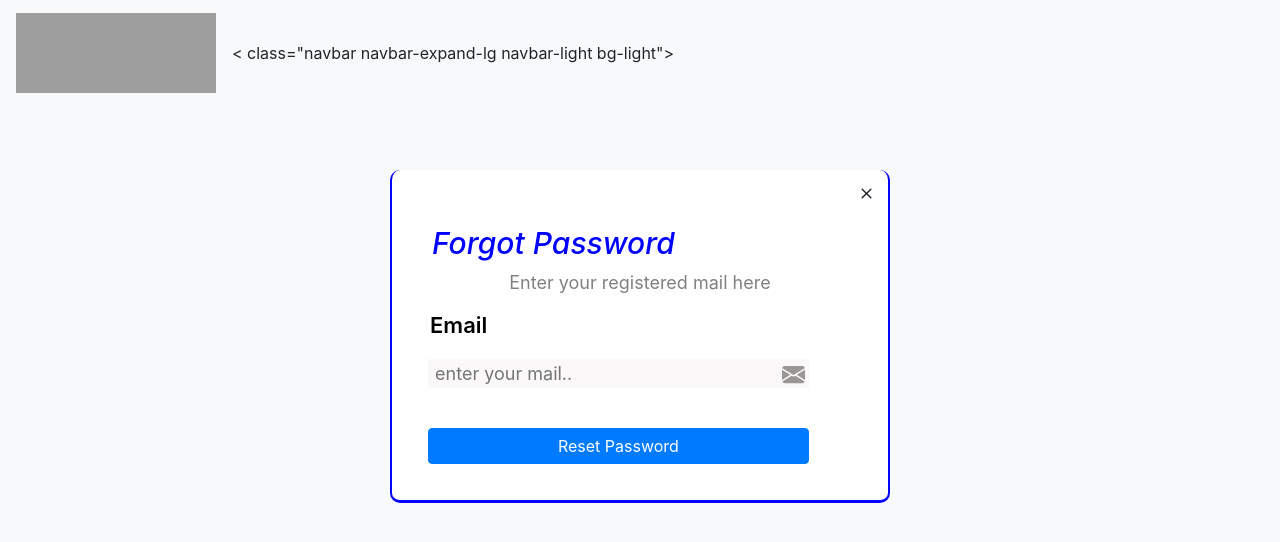
Repository: siri548/Karyakartha
Page: forgotPage.html
An editor plug-in stored every save of this project. The page is shown before and after the next save, followed by the edit.
The browser window is 1280 px wide. The pictures show the whole page.
Pictures or frames that could not be fetched are drawn as grey boxes.

Above is the page before, as saved 2023-11-05 10:00:49.
Console error (its wording comes from the project's code and is left out).

After the next save:
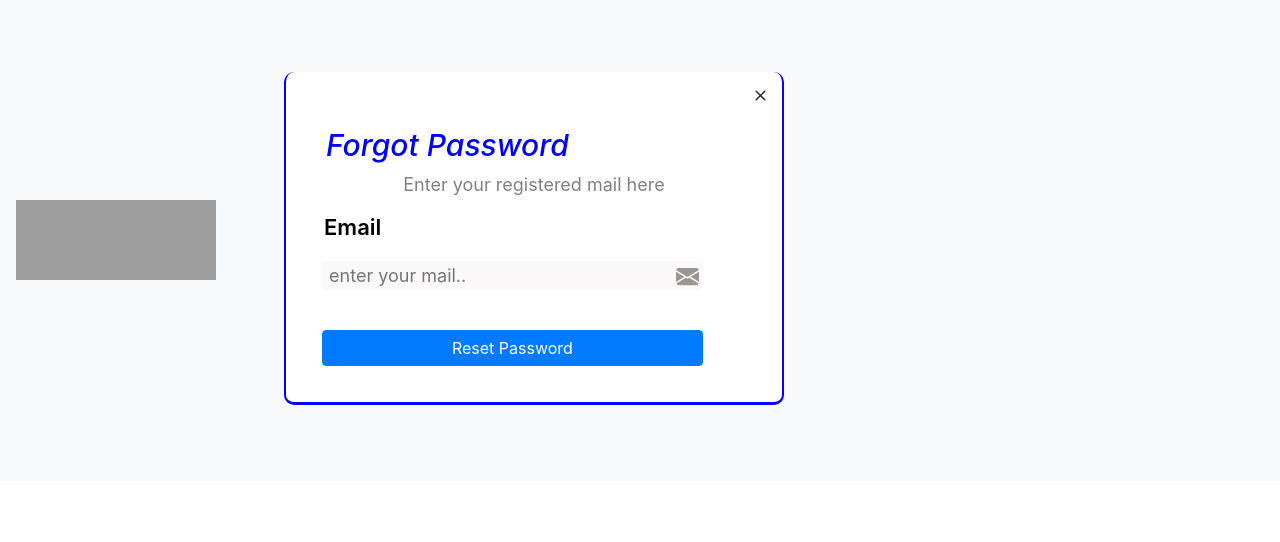
Saved 5 s later.
--- a/forgotPage.html
+++ b/forgotPage.html
@@ -30,7 +30,7 @@
                     </svg>
                 </a>
             </div>
-            < class="navbar navbar-expand-lg navbar-light bg-light"> <button class=" navbar-toggler text-right " type="button " data-toggle="collapse " data-target="#navbarNavAltMarkup " aria-controls="navbarNavAltMarkup " aria-expanded="false " aria-label="Toggle navigation ">
+            <nav class="navbar navbar-expand-lg navbar-light bg-light"> <button class=" navbar-toggler text-right " type="button " data-toggle="collapse " data-target="#navbarNavAltMarkup " aria-controls="navbarNavAltMarkup " aria-expanded="false " aria-label="Toggle navigation ">
             <span class="navbar-toggler-icon ">
             <div    class = "line"></div>
             <div    class = "line">
@@ -43,73 +43,73 @@
                     <div class="navbar-nav ml-auto">
                     </div>
                 </div>
-        </nav>
+            </nav>
 
-        <div class="bg-light d-flex justify-content-center mt-5 mb-6 pb-5">
-            <div class=" forgotPage-card shadow-none d-none d-md-block mt-3 mb-6 ">
-                <div class="text-right ">
-                    <svg xmlns="http://www.w3.org/2000/svg " width="23 " height="23 " fill="currentColor " class="bi bi-x " viewBox="0 0 16 16 ">
+            <div class="bg-light d-flex justify-content-center mt-5 mb-6 pb-5">
+                <div class=" forgotPage-card shadow-none d-none d-md-block mt-3 mb-6 ">
+                    <div class="text-right ">
+                        <svg xmlns="http://www.w3.org/2000/svg " width="23 " height="23 " fill="currentColor " class="bi bi-x " viewBox="0 0 16 16 ">
                         <path d="M4.646 4.646a.5.5 0 0 1 .708 0L8 7.293l2.646-2.647a.5.5 0 0 1 .708.708L8.707 8l2.647 2.646a.5.5 0 0 1-.708.708L8 8.707l-2.646 2.647a.5.5 0 0 1-.708-.708L7.293 8 4.646 5.354a.5.5 0 0 1 0-.708z " />
                     </svg>
 
-                </div>
+                    </div>
 
-                <h1 class="forgotHeading text-left ">Forgot Password</h1>
-                <div class="text-center ">
-                    <p class="forgotPage-para ">Enter your registered mail here</p>
-                </div>
-                <div>
-                    <h1 class="forgotPage-emailHeading ">Email</h1>
-                </div>
-                <div class="forgotContainer ">
-                    <div class="forgotPage-inputContainer ">
-                        <input type="text " placeholder=" enter your mail.. " class="forgotPage-input " id="emailInput ">
-                        <svg xmlns="http://www.w3.org/2000/svg " width="23 " height="23 " fill="currentColor " class="bi bi-envelope-fill forgotPage-envelopeIcon text-end " viewBox="0 0 16 16 ">
+                    <h1 class="forgotHeading text-left ">Forgot Password</h1>
+                    <div class="text-center ">
+                        <p class="forgotPage-para ">Enter your registered mail here</p>
+                    </div>
+                    <div>
+                        <h1 class="forgotPage-emailHeading ">Email</h1>
+                    </div>
+                    <div class="forgotContainer ">
+                        <div class="forgotPage-inputContainer ">
+                            <input type="text " placeholder=" enter your mail.. " class="forgotPage-input " id="emailInput ">
+                            <svg xmlns="http://www.w3.org/2000/svg " width="23 " height="23 " fill="currentColor " class="bi bi-envelope-fill forgotPage-envelopeIcon text-end " viewBox="0 0 16 16 ">
                             <path d="M.05 3.555A2 2 0 0 1 2 2h12a2 2 0 0 1 1.95 1.555L8 8.414.05 3.555ZM0 4.697v7.104l5.803-3.558L0 4.697ZM6.761 8.83l-6.57 4.027A2 2 0 0 0 2 14h12a2 2 0 0 0 1.808-1.144l-6.57-4.027L8 9.586l-1.239-.757Zm3.436-.586L16
             11.801V4.697l-5.803 3.546Z " />
                         </svg>
+                        </div>
+
+                        <button class=" btn btn-primary forgotPage-resetButton ">Reset Password</button>
+
                     </div>
-
-                    <button class=" btn btn-primary forgotPage-resetButton ">Reset Password</button>
 
                 </div>
 
-            </div>
-
-            <div class="forgotPage-cardsmallDevices shadow d-md-none d-block bg-light ">
-                <div class="text-right ">
-                    <svg xmlns="http://www.w3.org/2000/svg " width="23 " height="23 " fill=" currentColor " class="bi bi-x " viewBox="0 0 16 16 ">
+                <div class="forgotPage-cardsmallDevices shadow d-md-none d-block bg-light ">
+                    <div class="text-right ">
+                        <svg xmlns="http://www.w3.org/2000/svg " width="23 " height="23 " fill=" currentColor " class="bi bi-x " viewBox="0 0 16 16 ">
                         <path d="M4.646 4.646a.5.5 0 0 1 .708 0L8 7.293l2.646-2.647a.5.5 0 0 1 .708.708L8.707 8l2.647 2.646a.5.5 0 0 1-.708.708L8 8.707l-2.646 2.647a.5.5 0 0 1-.708-.708L7.293 8 4.646 5.354a.5.5 0 0 1 0-.708z " />
                     </svg>
 
-                </div>
+                    </div>
 
-                <h1 class="forgotPageHeadingSmallDevice "> Forgot Password</h1>
-                <div class=" text-center ">
-                    <p class="forgotPage-para " style="font-size:15px; ">Enter your registered mail here</p>
-                </div>
-                <div class="forgotContainer ">
-                    <h1 class="forgotPage-emailHeadingSmall text-left ">Email</h1>
+                    <h1 class="forgotPageHeadingSmallDevice "> Forgot Password</h1>
+                    <div class=" text-center ">
+                        <p class="forgotPage-para " style="font-size:15px; ">Enter your registered mail here</p>
+                    </div>
+                    <div class="forgotContainer ">
+                        <h1 class="forgotPage-emailHeadingSmall text-left ">Email</h1>
 
 
-                    <div class="forgotPage-inputContainer ">
-                        <input type="text " placeholder=" enter your mail.. " class="forgotPage-input " id="emailInput1 " style="font-size:14px; ">
+                        <div class="forgotPage-inputContainer ">
+                            <input type="text " placeholder=" enter your mail.. " class="forgotPage-input " id="emailInput1 " style="font-size:14px; ">
 
-                        <svg xmlns="http://www.w3.org/2000/svg " width="16 " height="16 " fill="currentColor " class="bi bi-envelope-fill forgotPage-envelopeIcon text-end " viewBox="0 0 16 16 ">
+                            <svg xmlns="http://www.w3.org/2000/svg " width="16 " height="16 " fill="currentColor " class="bi bi-envelope-fill forgotPage-envelopeIcon text-end " viewBox="0 0 16 16 ">
                             <path d="M.05 3.555A2 2 0 0 1 2 2h12a2 2 0 0 1 1.95 1.555L8 8.414.05 3.555ZM0 4.697v7.104l5.803-3.558L0 4.697ZM6.761 8.83l-6.57 4.027A2 2 0 0 0 2 14h12a2 2 0 0 0 1.808-1.144l-6.57-4.027L8 9.586l-1.239-.757Zm3.436-.586L16
             11.801V4.697l-5.803 3.546Z " />
                         </svg>
+                        </div>
+
+                        <button class=" btn btn-primary forgotPage-resetButtonSmall ">Reset Password</button>
                     </div>
-
-                    <button class=" btn btn-primary forgotPage-resetButtonSmall ">Reset Password</button>
                 </div>
             </div>
-        </div>
 
 
-        <div class="d-flex justify-content-center d-block d-md-none ">
-            <hr class="hrline ">
-        </div>
+            <div class="d-flex justify-content-center d-block d-md-none ">
+                <hr class="hrline ">
+            </div>
     </div>
 </body>
 

After the 2 saves that followed:
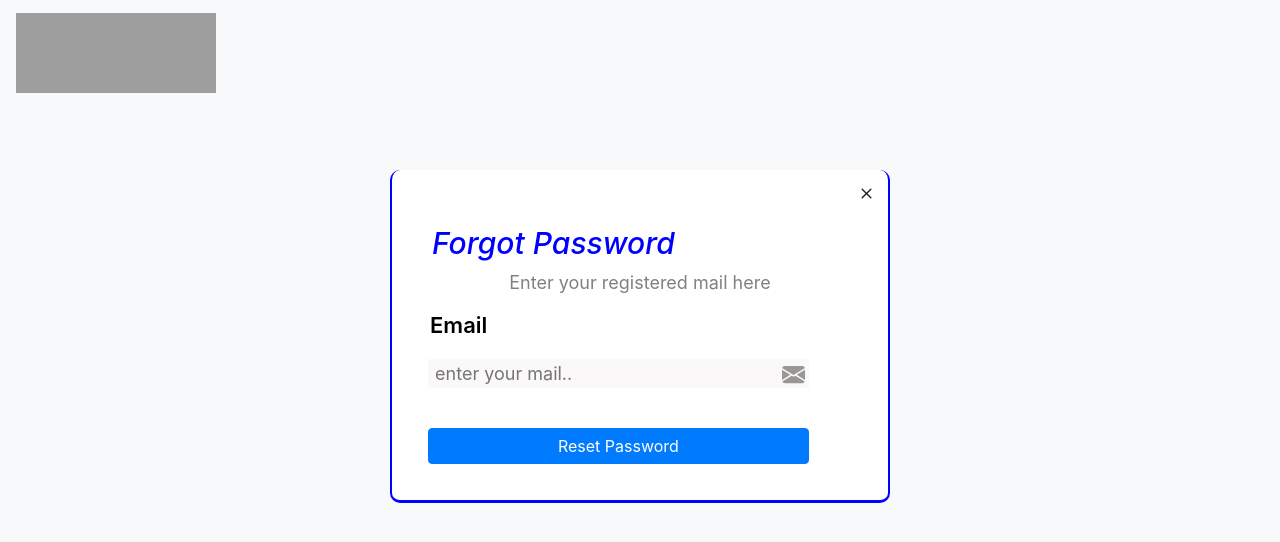
The 2 saves are shown as one change because they came seconds apart.
The last was saved 20 s later.
--- a/forgotPage.html
+++ b/forgotPage.html
@@ -39,77 +39,78 @@
 
                 </span>
             </button>
-                <div class="collapse navbar-collapse " id="navbarNavAltMarkup ">
-                    <div class="navbar-nav ml-auto">
-                    </div>
+            </nav>
+            <div class="collapse navbar-collapse " id="navbarNavAltMarkup ">
+                <div class="navbar-nav ml-auto">
                 </div>
-            </nav>
+            </div>
+        </nav>
 
-            <div class="bg-light d-flex justify-content-center mt-5 mb-6 pb-5">
-                <div class=" forgotPage-card shadow-none d-none d-md-block mt-3 mb-6 ">
-                    <div class="text-right ">
-                        <svg xmlns="http://www.w3.org/2000/svg " width="23 " height="23 " fill="currentColor " class="bi bi-x " viewBox="0 0 16 16 ">
+        <div class="bg-light d-flex justify-content-center mt-5 mb-6 pb-5">
+            <div class=" forgotPage-card shadow-none d-none d-md-block mt-3 mb-6 ">
+                <div class="text-right ">
+                    <svg xmlns="http://www.w3.org/2000/svg " width="23 " height="23 " fill="currentColor " class="bi bi-x " viewBox="0 0 16 16 ">
                         <path d="M4.646 4.646a.5.5 0 0 1 .708 0L8 7.293l2.646-2.647a.5.5 0 0 1 .708.708L8.707 8l2.647 2.646a.5.5 0 0 1-.708.708L8 8.707l-2.646 2.647a.5.5 0 0 1-.708-.708L7.293 8 4.646 5.354a.5.5 0 0 1 0-.708z " />
                     </svg>
 
-                    </div>
+                </div>
 
-                    <h1 class="forgotHeading text-left ">Forgot Password</h1>
-                    <div class="text-center ">
-                        <p class="forgotPage-para ">Enter your registered mail here</p>
-                    </div>
-                    <div>
-                        <h1 class="forgotPage-emailHeading ">Email</h1>
-                    </div>
-                    <div class="forgotContainer ">
-                        <div class="forgotPage-inputContainer ">
-                            <input type="text " placeholder=" enter your mail.. " class="forgotPage-input " id="emailInput ">
-                            <svg xmlns="http://www.w3.org/2000/svg " width="23 " height="23 " fill="currentColor " class="bi bi-envelope-fill forgotPage-envelopeIcon text-end " viewBox="0 0 16 16 ">
+                <h1 class="forgotHeading text-left ">Forgot Password</h1>
+                <div class="text-center ">
+                    <p class="forgotPage-para ">Enter your registered mail here</p>
+                </div>
+                <div>
+                    <h1 class="forgotPage-emailHeading ">Email</h1>
+                </div>
+                <div class="forgotContainer ">
+                    <div class="forgotPage-inputContainer ">
+                        <input type="text " placeholder=" enter your mail.. " class="forgotPage-input " id="emailInput ">
+                        <svg xmlns="http://www.w3.org/2000/svg " width="23 " height="23 " fill="currentColor " class="bi bi-envelope-fill forgotPage-envelopeIcon text-end " viewBox="0 0 16 16 ">
                             <path d="M.05 3.555A2 2 0 0 1 2 2h12a2 2 0 0 1 1.95 1.555L8 8.414.05 3.555ZM0 4.697v7.104l5.803-3.558L0 4.697ZM6.761 8.83l-6.57 4.027A2 2 0 0 0 2 14h12a2 2 0 0 0 1.808-1.144l-6.57-4.027L8 9.586l-1.239-.757Zm3.436-.586L16
             11.801V4.697l-5.803 3.546Z " />
                         </svg>
-                        </div>
+                    </div>
 
-                        <button class=" btn btn-primary forgotPage-resetButton ">Reset Password</button>
-
-                    </div>
+                    <button class=" btn btn-primary forgotPage-resetButton ">Reset Password</button>
 
                 </div>
 
-                <div class="forgotPage-cardsmallDevices shadow d-md-none d-block bg-light ">
-                    <div class="text-right ">
-                        <svg xmlns="http://www.w3.org/2000/svg " width="23 " height="23 " fill=" currentColor " class="bi bi-x " viewBox="0 0 16 16 ">
+            </div>
+
+            <div class="forgotPage-cardsmallDevices shadow d-md-none d-block bg-light ">
+                <div class="text-right ">
+                    <svg xmlns="http://www.w3.org/2000/svg " width="23 " height="23 " fill=" currentColor " class="bi bi-x " viewBox="0 0 16 16 ">
                         <path d="M4.646 4.646a.5.5 0 0 1 .708 0L8 7.293l2.646-2.647a.5.5 0 0 1 .708.708L8.707 8l2.647 2.646a.5.5 0 0 1-.708.708L8 8.707l-2.646 2.647a.5.5 0 0 1-.708-.708L7.293 8 4.646 5.354a.5.5 0 0 1 0-.708z " />
                     </svg>
 
-                    </div>
+                </div>
 
-                    <h1 class="forgotPageHeadingSmallDevice "> Forgot Password</h1>
-                    <div class=" text-center ">
-                        <p class="forgotPage-para " style="font-size:15px; ">Enter your registered mail here</p>
-                    </div>
-                    <div class="forgotContainer ">
-                        <h1 class="forgotPage-emailHeadingSmall text-left ">Email</h1>
+                <h1 class="forgotPageHeadingSmallDevice "> Forgot Password</h1>
+                <div class=" text-center ">
+                    <p class="forgotPage-para " style="font-size:15px; ">Enter your registered mail here</p>
+                </div>
+                <div class="forgotContainer ">
+                    <h1 class="forgotPage-emailHeadingSmall text-left ">Email</h1>
 
 
-                        <div class="forgotPage-inputContainer ">
-                            <input type="text " placeholder=" enter your mail.. " class="forgotPage-input " id="emailInput1 " style="font-size:14px; ">
+                    <div class="forgotPage-inputContainer ">
+                        <input type="text " placeholder=" enter your mail.. " class="forgotPage-input " id="emailInput1 " style="font-size:14px; ">
 
-                            <svg xmlns="http://www.w3.org/2000/svg " width="16 " height="16 " fill="currentColor " class="bi bi-envelope-fill forgotPage-envelopeIcon text-end " viewBox="0 0 16 16 ">
+                        <svg xmlns="http://www.w3.org/2000/svg " width="16 " height="16 " fill="currentColor " class="bi bi-envelope-fill forgotPage-envelopeIcon text-end " viewBox="0 0 16 16 ">
                             <path d="M.05 3.555A2 2 0 0 1 2 2h12a2 2 0 0 1 1.95 1.555L8 8.414.05 3.555ZM0 4.697v7.104l5.803-3.558L0 4.697ZM6.761 8.83l-6.57 4.027A2 2 0 0 0 2 14h12a2 2 0 0 0 1.808-1.144l-6.57-4.027L8 9.586l-1.239-.757Zm3.436-.586L16
             11.801V4.697l-5.803 3.546Z " />
                         </svg>
-                        </div>
+                    </div>
 
-                        <button class=" btn btn-primary forgotPage-resetButtonSmall ">Reset Password</button>
-                    </div>
+                    <button class=" btn btn-primary forgotPage-resetButtonSmall ">Reset Password</button>
                 </div>
             </div>
+        </div>
 
 
-            <div class="d-flex justify-content-center d-block d-md-none ">
-                <hr class="hrline ">
-            </div>
+        <div class="d-flex justify-content-center d-block d-md-none ">
+            <hr class="hrline ">
+        </div>
     </div>
 </body>
 
